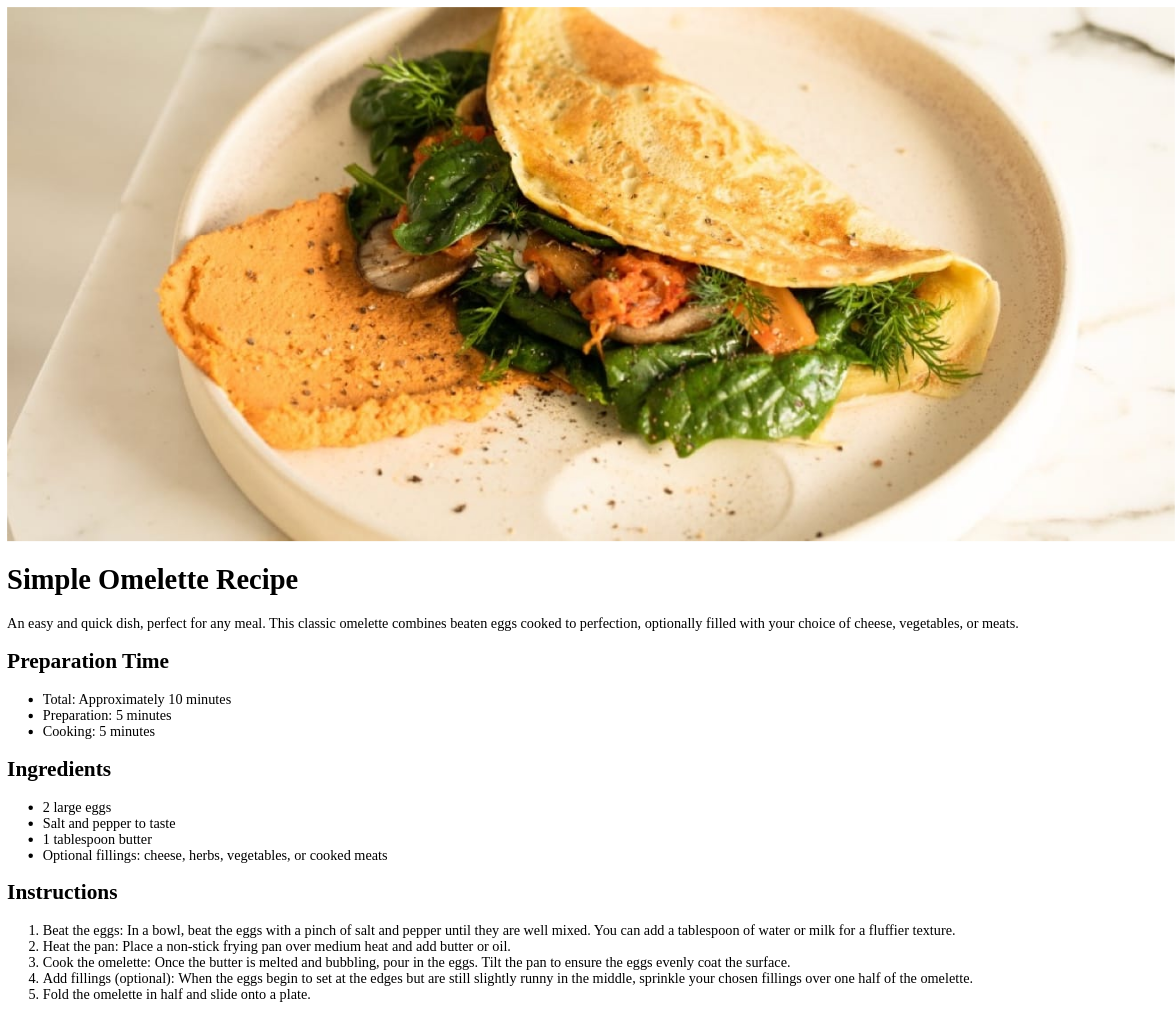
Repository: akbasliogulcan/omletterecipe
Page: index.html
An editor plug-in stored every save of this project. The page is shown before and after the next save, followed by the edit.
The browser window is 1280 px wide. The page is 1320 px wide, so the pictures cover 1320 px, including what lies to the right of the window. The pictures show the whole page, at 89% of full size.

Above is the page before, as saved 2025-07-20 17:17:54.

After the next save:
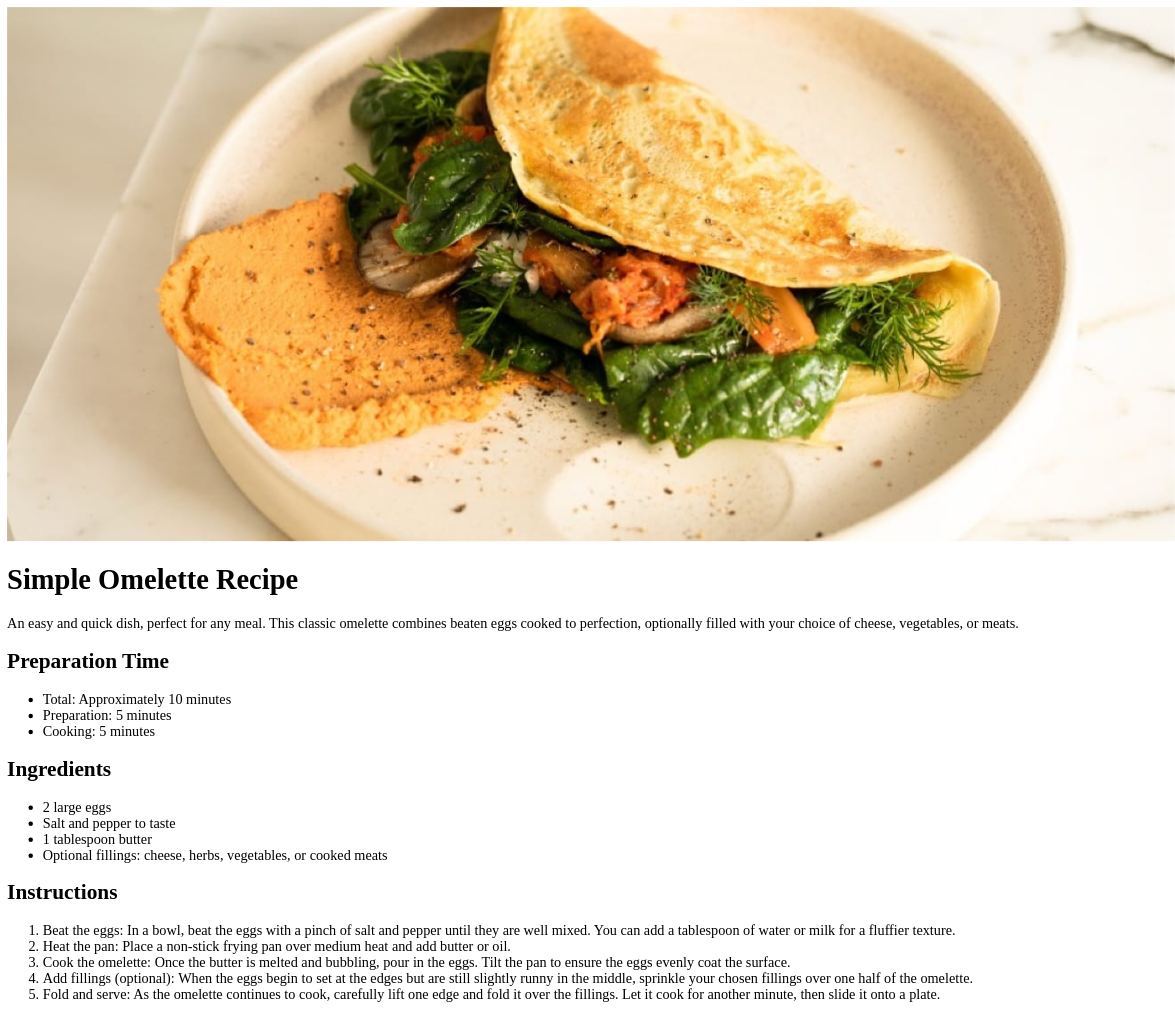
Saved 11 s later.
--- a/index.html
+++ b/index.html
@@ -51,7 +51,9 @@
         <li>
           Add fillings (optional): When the eggs begin to set at the edges but are still slightly runny in the
           middle, sprinkle your chosen fillings over one half of the omelette.</li>
-        <li>Fold the omelette in half and slide onto a plate.</li>
+        <li>
+          Fold and serve: As the omelette continues to cook, carefully lift one edge and fold it over the
+          fillings. Let it cook for another minute, then slide it onto a plate.</li>
       </ol>
     </div>
 
